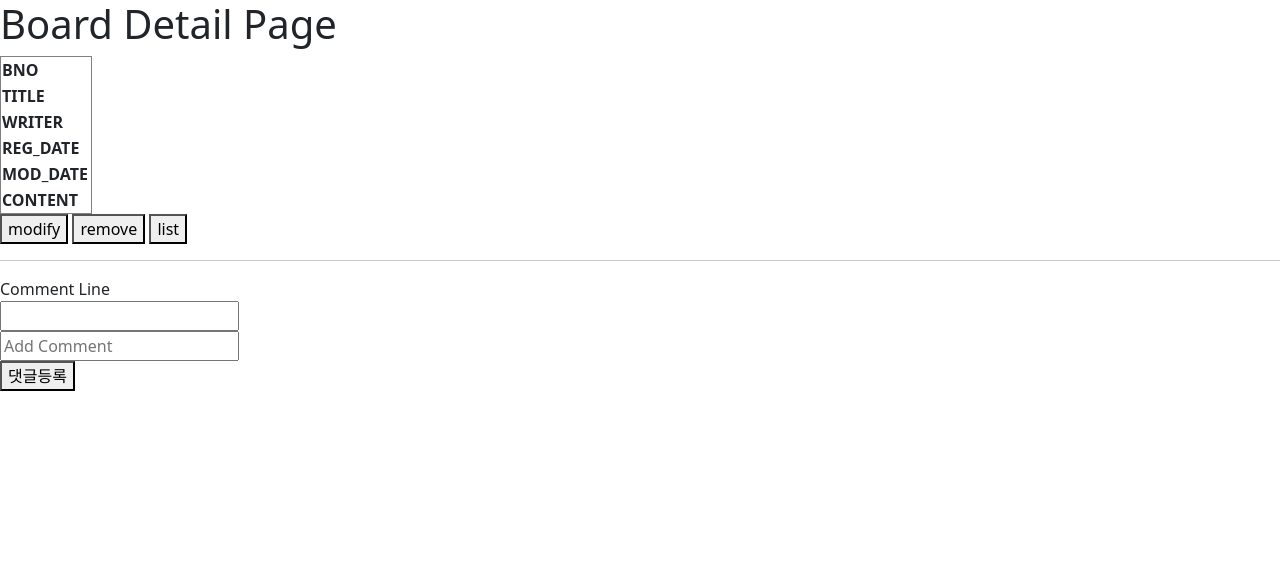
Repository: Leesunghoon1/paging
Page: http://localhost/jsp_project/board/detail.jsp
An editor plug-in stored every save of this project. The page is shown before and after the next save, followed by the edit.
The browser window is 1280 px wide. The pictures show the whole page.
The page is served by Tomcat 9. Other server files are loaded and not shown. The template is opened directly, without the code that normally fills it, so the values that code supplies are empty.

Above is the page before, as saved 2023-09-15 08:46:14.

### jsp_project/src/main/webapp/board/detail.jsp
<%@ page language="java" contentType="text/html; charset=UTF-8"
    pageEncoding="UTF-8"%>
<!DOCTYPE html>
<html>
<head>
<meta charset="UTF-8">
<title>Insert detail here</title>
<link href="https://cdn.jsdelivr.net/npm/bootstrap@5.3.2/dist/css/bootstrap.min.css" rel="stylesheet" integrity="sha384-T3c6CoIi6uLrA9TneNEoa7RxnatzjcDSCmG1MXxSR1GAsXEV/Dwwykc2MPK8M2HN" crossorigin="anonymous">
<script src="https://cdn.jsdelivr.net/npm/bootstrap@5.3.2/dist/js/bootstrap.bundle.min.js" integrity="sha384-C6RzsynM9kWDrMNeT87bh95OGNyZPhcTNXj1NW7RuBCsyN/o0jlpcV8Qyq46cDfL" crossorigin="anonymous"></script>
</head>
<body>
<h1>Board Detail Page</h1>
<table border="1">
	<tr>
		<th>BNO</th>
		<td>${bvo.bno }</td>
	</tr>
	<tr>
		<th>TITLE</th>
		<td>${bvo.title }</td>
	</tr>
	<tr>
		<th>WRITER</th>
		<td>${bvo.writer }</td>
	</tr>
	<tr>
		<th>REG_DATE</th>
		<td>${bvo.regdate }</td>
	</tr>
	<tr>
		<th>MOD_DATE</th>
		<td>${bvo.moddate }</td>
	</tr>
	<tr>
		<th>CONTENT</th>
		<td>${bvo.content }</td>
	</tr>

</table>

<a href="/brd/modify?bno=${bvo.bno }"><button type="button">modify</button></a>
<a href="/brd/remove?bno=${bvo.bno }"><button type="button">remove</button></a>
<a href="/brd/pageList?bno=${bvo.bno }"><button type="button">list</button></a>

<br>
<hr>
<!-- 등록 라인  -->
<div>
	Comment Line <br>
	<input type="text" id="cmtWriter" value="${ses.id }" readonly="readonly"><br>
	<input type="text" id="cmtText" placeholder="Add Comment"><br>
	<button type="button" id="cmtAddBtn">댓글등록</button><br>
</div>
<!-- 댓글이 표시되는 라인  -->


</body>
</html>

After the next save:
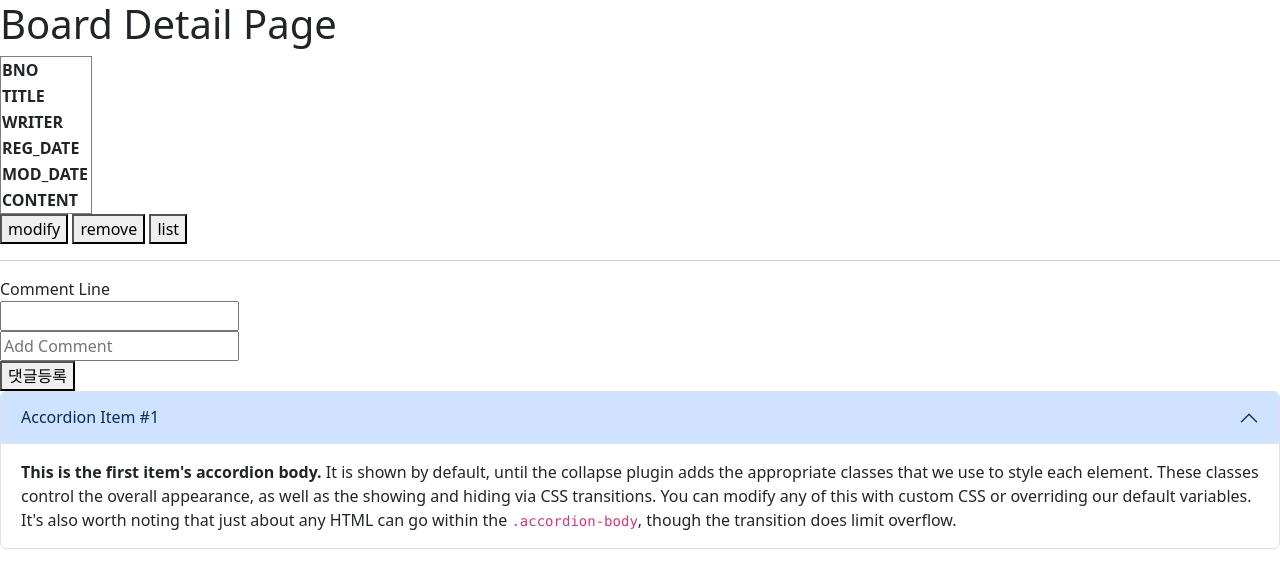
Saved 22 s later.
--- a/jsp_project/src/main/webapp/board/detail.jsp
+++ b/jsp_project/src/main/webapp/board/detail.jsp
@@ -52,7 +52,19 @@
 	<button type="button" id="cmtAddBtn">댓글등록</button><br>
 </div>
 <!-- 댓글이 표시되는 라인  -->
-
+	<div class="accordion" id="accordionExample">
+  <div class="accordion-item">
+    <h2 class="accordion-header">
+      <button class="accordion-button" type="button" data-bs-toggle="collapse" data-bs-target="#collapseOne" aria-expanded="true" aria-controls="collapseOne">
+        Accordion Item #1
+      </button>
+    </h2>
+    <div id="collapseOne" class="accordion-collapse collapse show" data-bs-parent="#accordionExample">
+      <div class="accordion-body">
+        <strong>This is the first item's accordion body.</strong> It is shown by default, until the collapse plugin adds the appropriate classes that we use to style each element. These classes control the overall appearance, as well as the showing and hiding via CSS transitions. You can modify any of this with custom CSS or overriding our default variables. It's also worth noting that just about any HTML can go within the <code>.accordion-body</code>, though the transition does limit overflow.
+      </div>
+    </div>
+  </div>
 
 </body>
 </html>
